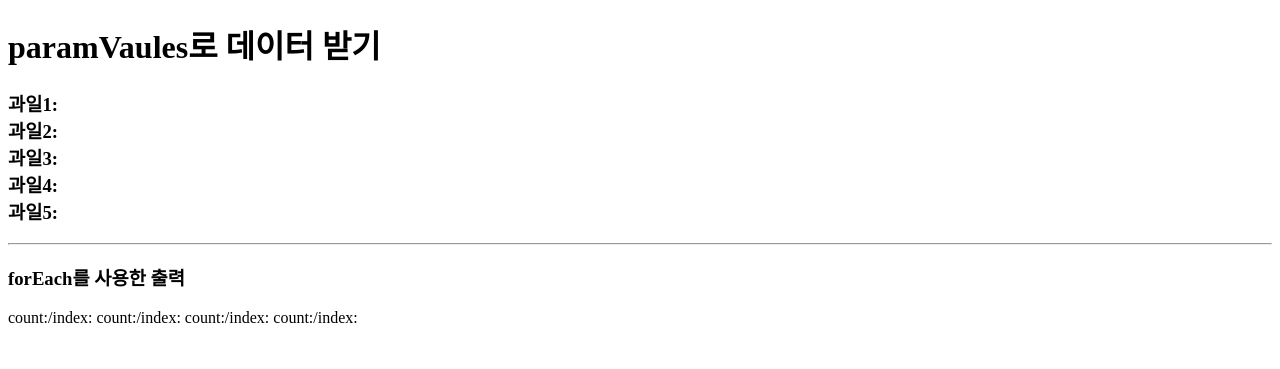
Repository: hwimi/2024-04-12
Page: http://localhost/jstl_study/step-5.jsp
These files come from the project's save history. The page is drawn as it stood at one moment and after the next save; the edit follows.
The browser window is 1280 px wide. The pictures show the whole page.
The page is served by Tomcat 9.

Above is the page before, as saved 2024-04-11 04:09:11.

After the next save:
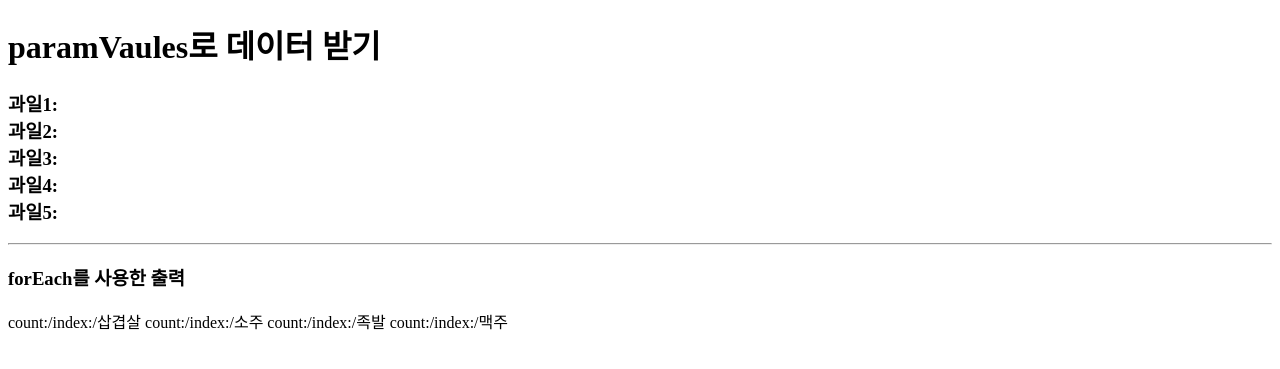
Saved 58 s later.
--- a/jstl_study/src/main/webapp/step-5.jsp
+++ b/jstl_study/src/main/webapp/step-5.jsp
@@ -36,7 +36,7 @@
     %>
 
     <c:forEach items="${requestScope.fr}" var="fname" varStatus="">
-    count:${i.count }/index:${i.index }
+    count:${i.count }/index:${i.index }/${fname }
     </c:forEach>
 </body>
 </html>
